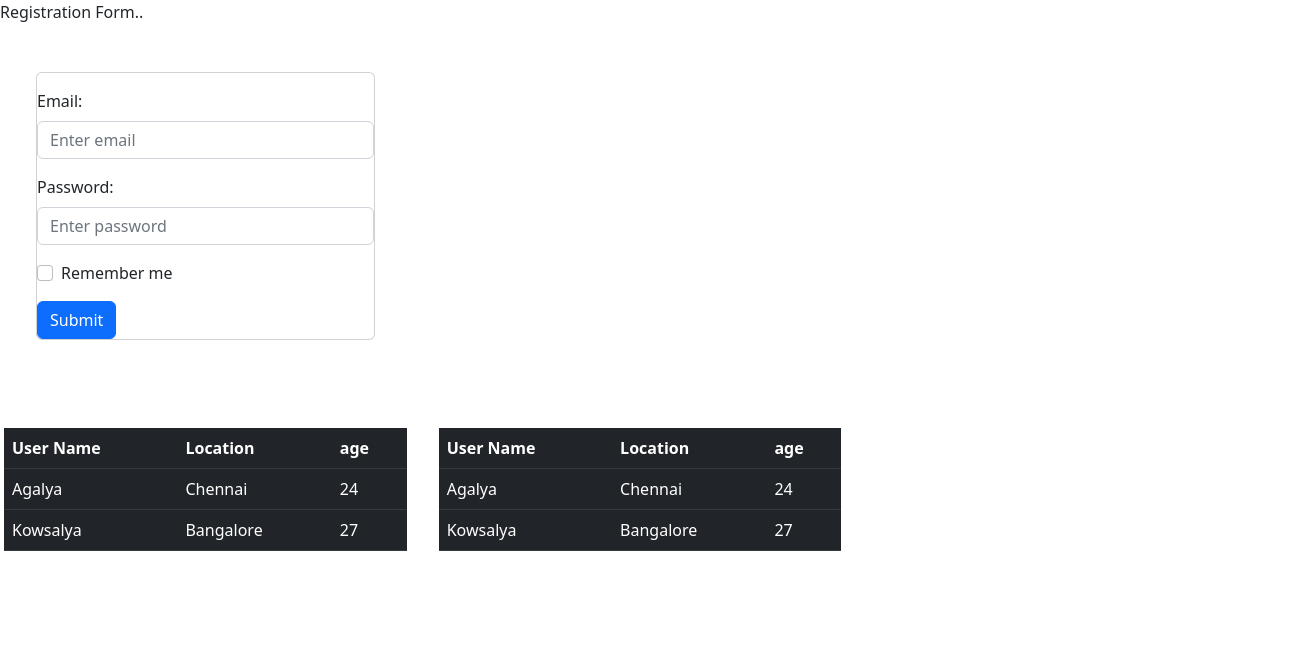
Repository: rajeshkannane/java1
Page: Form/public/index.html
An editor plug-in stored every save of this project. The page is shown before and after the next save, followed by the edit.
The browser window is 1280 px wide. The page is 1292 px wide, so the pictures cover 1292 px, including what lies to the right of the window. The pictures show the whole page.

Above is the page before, as saved 2022-11-16 12:28:30.

After the next save:
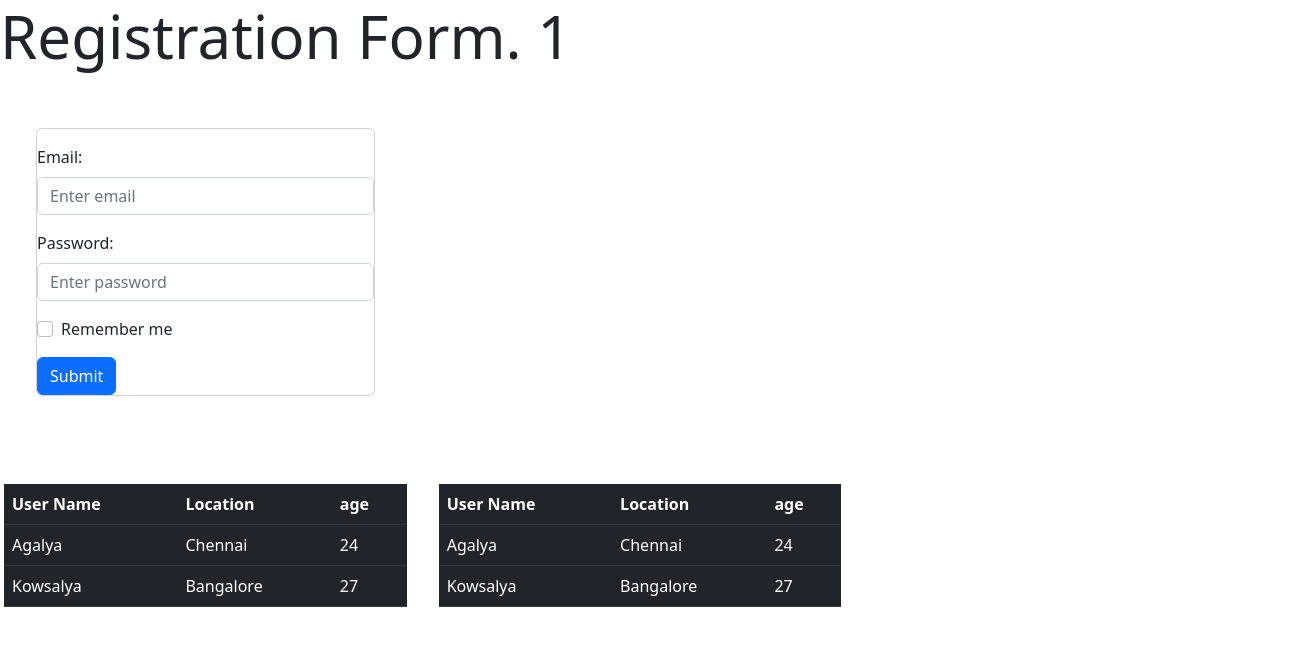
Saved 100 s later.
--- a/Form/public/index.html
+++ b/Form/public/index.html
@@ -5,9 +5,7 @@
             <title>Form Demo</title>
             <link href="https://cdn.jsdelivr.net/npm/bootstrap@5.2.2/dist/css/bootstrap.min.css" rel="stylesheet">
         </head>
-        <head>
-        Registration Form..
-        </head>
+       <h1 style="font-size:60px;">Registration Form. 1</h1>
 
 
 <body>
